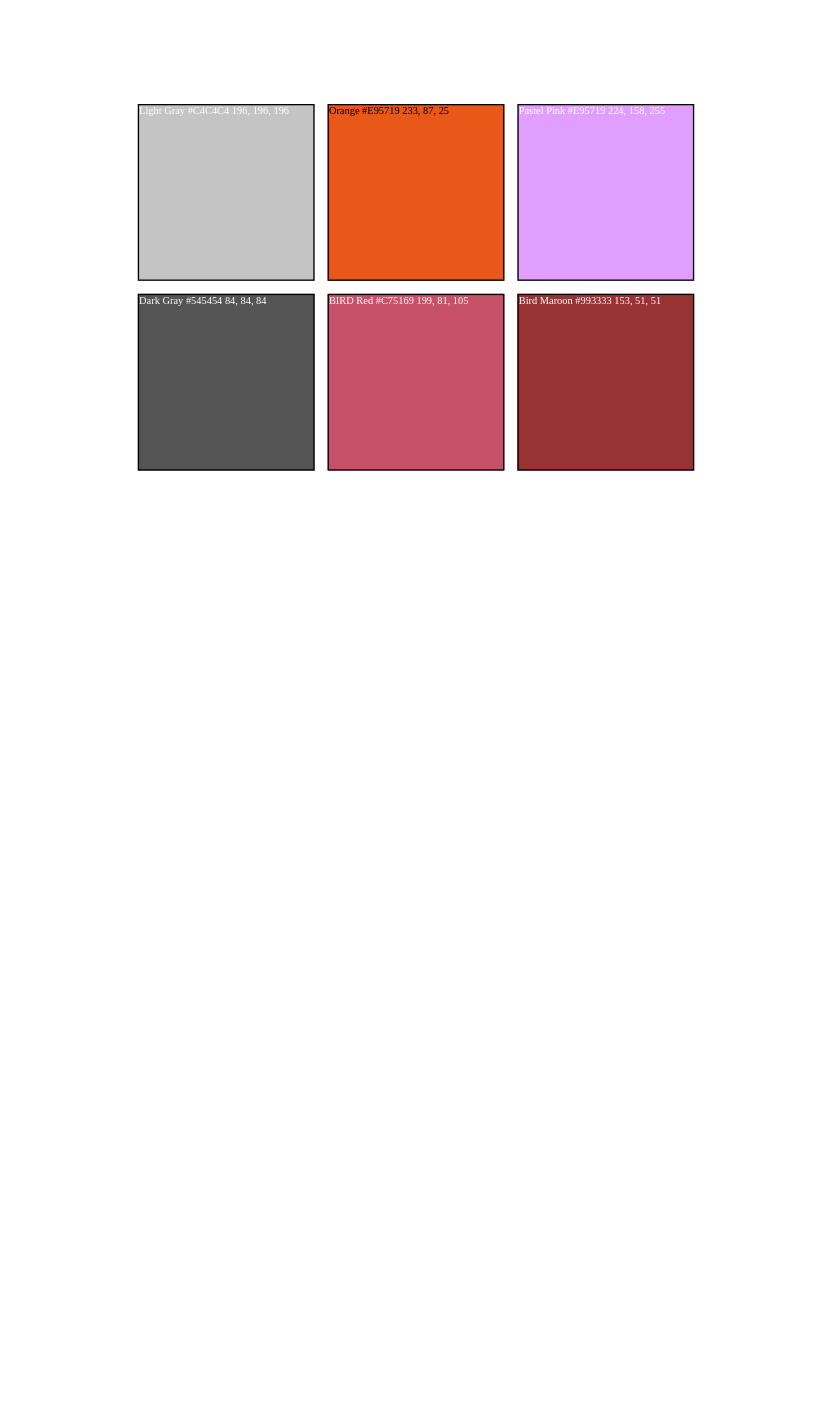
Repository: Levic559/bird-styleguide
Page: color/index.html
The author's editor kept a copy of each file at every save. The page is drawn from the files as they stood at one save, then again after the next save.
The browser window is 1280 px wide. The pictures show the whole page, at 65% of full size.

Above is the page before, as saved 2021-03-22 02:25:22.

### color/index.html
<!DOCTYPE html>
<html>
    <head>
        <title>
            Colour Palette
        </title>
        <link rel="preconnect" href="https://fonts.gstatic.com">
        <link href="https://fonts.googleapis.com/css2?family=Archivo:wght@700&family=Roboto:wght@400;700&display=swap" rel="stylesheet">
        <link href="style.css" rel="stylesheet">
    </head>

    <body>
        <div class="main">
            <!--6 colours container-->
            <div class="colors">
                <div class = row>
                    <div class="cell lightgray">
                        <span>Light Gray</span>
                        <span>#C4C4C4</span>
                        <span>196, 196, 196</span>
                    </div>
                    <div class="cell orange">
                        <div>
                            <span>Orange</span>
                            <span>#E95719</span>
                            <span>233, 87, 25</span>
                        </div>
                    </div>
                    <div class="cell pink">
                        <span>Pastel Pink</span>
                        <span>#E95719</span>
                        <span>224, 158, 255</span>
                    </div>
                </div>
                <div class = row>
                    <div class="cell darkgray">
                        <span>Dark Gray</span>
                        <span>#545454</span>
                        <span>84, 84, 84</span>
                    </div>
                    <div class="cell red">
                        <span>BIRD Red</span>
                        <span>#C75169</span>
                        <span>199, 81, 105</span>
                    </div>
                    <div class="cell maroon">
                        <span>Bird Maroon</span>
                        <span>#993333</span>
                        <span>153, 51, 51</span>
                    </div>
                </div>
            </div>

            <div class="colortext">

            </div>
        </div>
    </body>
</html>

### color/style.css
body {
    margin: 0px;
    padding: 0px;
}

.main {
    width: 100vw;
    height: 300vh;
    display: flex;
    flex-direction: column;
    justify-content: flex-start;
    align-items: center;
}

.colors {
    display: flex;
    flex-direction: column;
    margin-top: 150px;
}

.row {
    display: flex;
    flex-direction: row;
}

.cell {
    border: black 2px solid;
    margin: 10px;
    min-height: 268px;
    min-width: 268px;
}

.hovercontainers {
    display: flex;
    flex-direction: column;
    justify-content: center;
    align-items: center;
    opacity: 1;
}

.cell > span {
    color: white;
}

.lightgray {
    background-color: #C4C4C4;
}
.orange {
    background-color: #E95719;
}
.pink {
    background-color: #E09EFF;
}
.darkgray {
    background-color: #545454;
}
.red {
    background-color: #C75169;
}
.maroon {
    background-color: #993333;
}

After the next save:
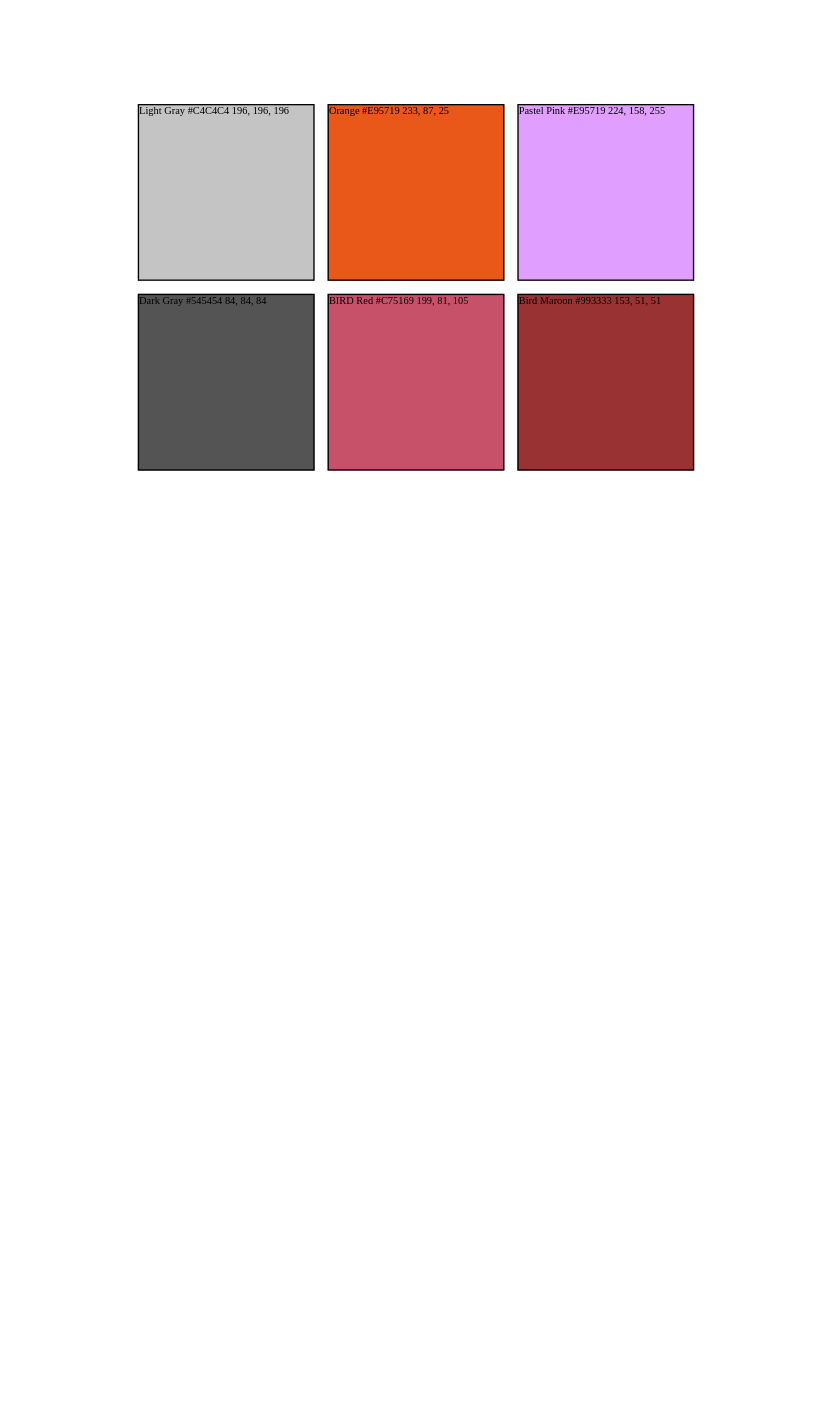
Saved 42 s later.
--- a/color/style.css
+++ b/color/style.css
@@ -38,8 +38,9 @@
     opacity: 1;
 }
 
-.cell > span {
+.hovercontainers > span {
     color: white;
+    font-family: Roboto;
 }
 
 .lightgray {
